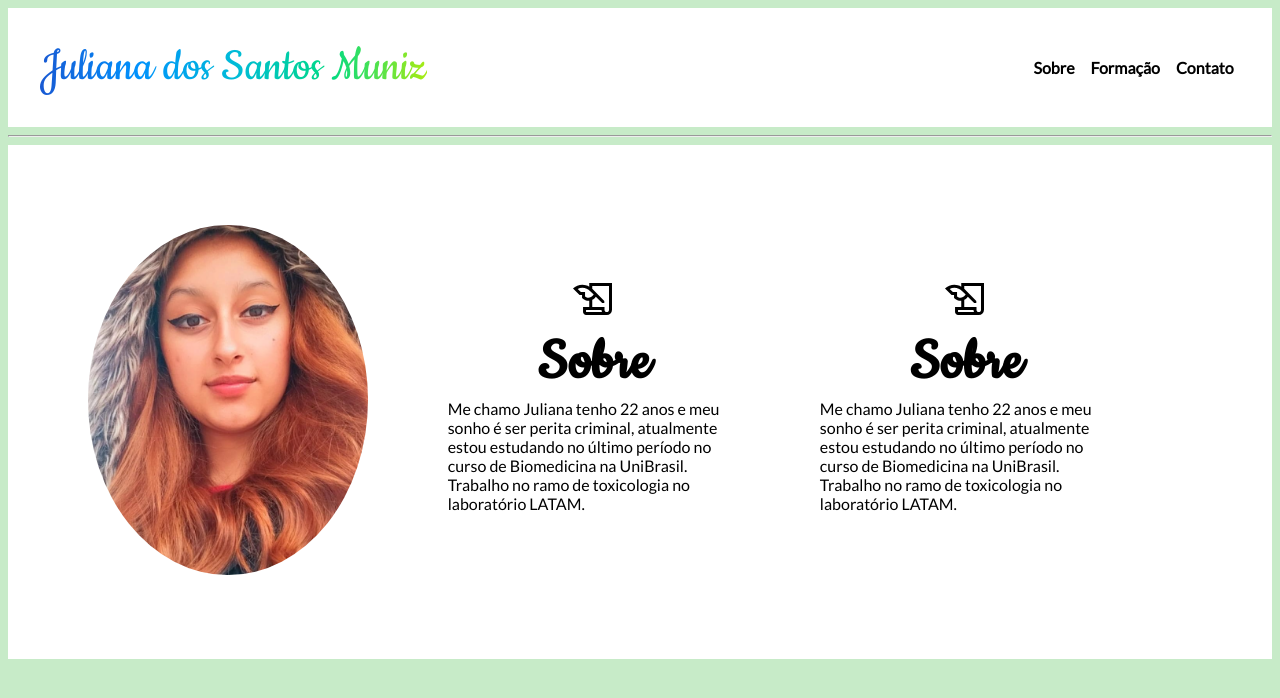
Repository: joaovnogueira/Portfolio-Juliana
Page: index.html
An editor plug-in stored every save of this project. The page is shown before and after the next save, followed by the edit.
The browser window is 1280 px wide. The pictures show the whole page.

Above is the page before, as saved 2022-06-14 16:20:40.

After the next save:
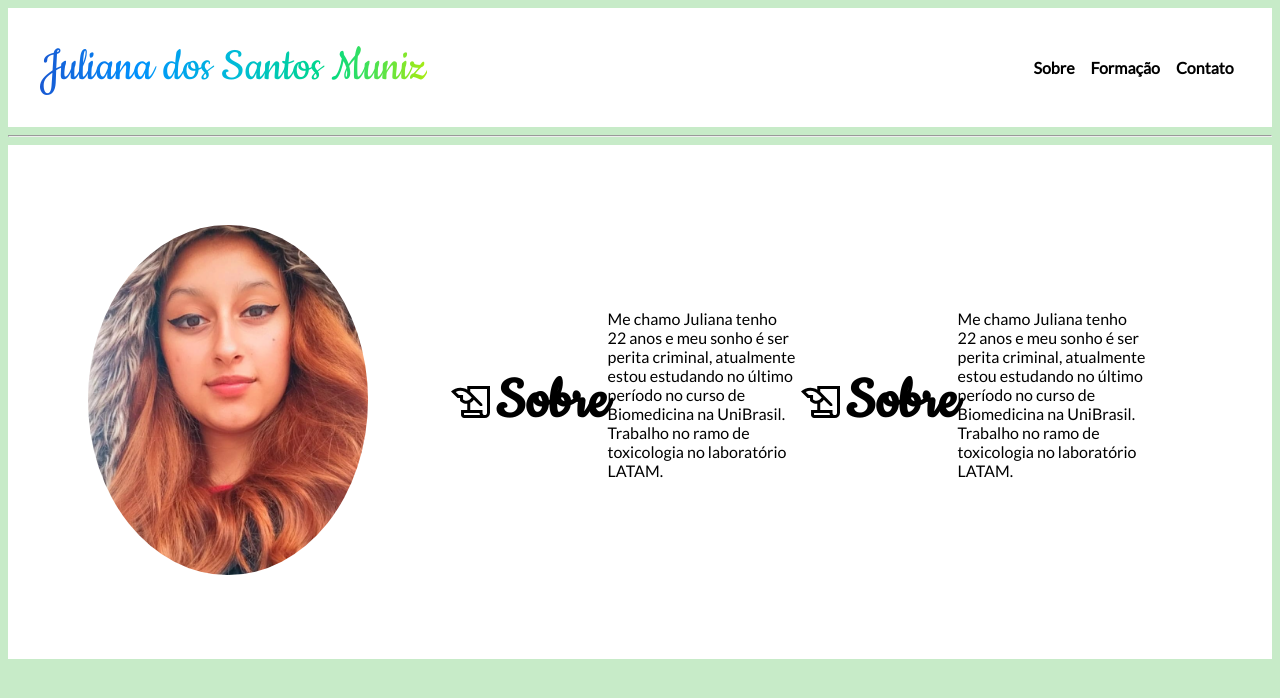
Saved 16 s later.
--- a/styles.css
+++ b/styles.css
@@ -58,12 +58,13 @@ hr{
 }
 
 .conteudo{
+    display: flex;
     align-items: center;
     max-width: 350px;
     max-height: 100vh;
     text-align: center;
     vertical-align:middle;
-    margin-right: 80px;
+
 }
 
 h1{
